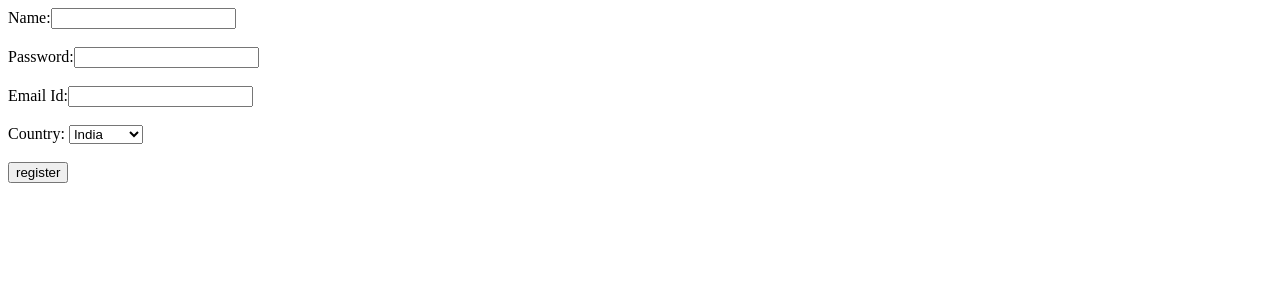
Repository: ravi-agrawalics/BlockChain
Page: http://localhost/blockChainSample/
The author's editor kept a copy of each file at every save. The page is drawn from the files as they stood at one save, then again after the next save.
The browser window is 1280 px wide. The pictures show the whole page.
The page is served by Tomcat 9.

Above is the page before, as saved 2018-04-04 04:54:27.

After the next save:
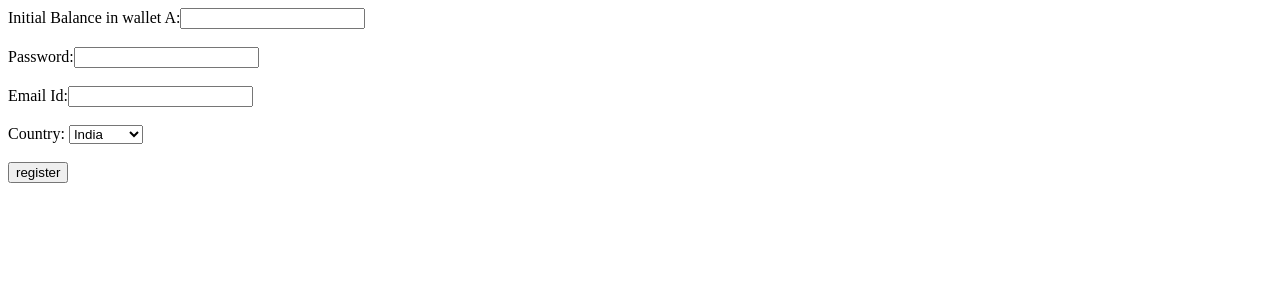
Saved 51 s later.
--- a/blockChainSample/WebContent/main.jsp
+++ b/blockChainSample/WebContent/main.jsp
@@ -9,7 +9,7 @@
 <body>
 <form action="servlet/WalletServlet" method="post">
 
-Name:<input type="text" name="userName"/><br/><br/>
+Initial Balance in wallet A:<input type="text" name="userName"/><br/><br/>
 Password:<input type="password" name="userPass"/><br/><br/>
 Email Id:<input type="text" name="userEmail"/><br/><br/>
 Country:
